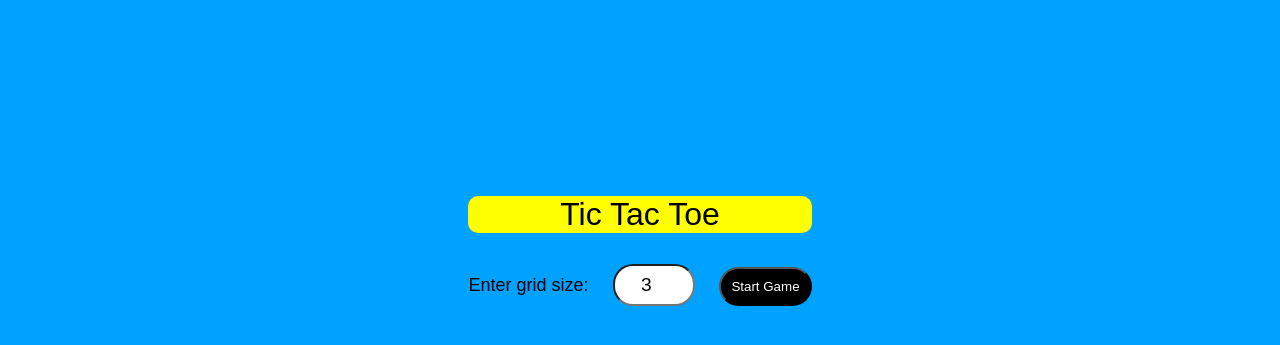
Repository: Shamraiz761/tik_tak_toe_game
Page: index.html
These files come from the project's save history. The page is drawn as it stood at one moment and after the next save; the edit follows.
The browser window is 1280 px wide. The pictures show the whole page.

Above is the page before, as saved 2024-01-09 12:02:28.

### index.html
<!DOCTYPE html>
<html>
  <head>
    <title>Tic Tac Toe</title>
    <link rel="stylesheet" type="text/css" href="styles.css" />
  </head>
  <body>
    <div>
      <h1 class="header">Tic Tac Toe</h1>
      <label class="inputLabel" for="sizeInput">Enter grid size:</label>
      <input type="number" id="sizeInput" min="3" max="10" value="3" />
      <button class="btn" onclick="startGame()">Start Game</button>
<div style="display: flex;justify-content: center;">
      <div id="board" style="margin-top: 20px; "></div>
      </div>


      <div id="status"  ></div>

    </div>
    <script src="tik_tak.js"></script>
  </body>
</html>

### styles.css
body{
    display: flex;
    justify-content: center;
    align-items: center;
    height: 70vh;
   font-family: Arial, Helvetica, sans-serif;
    background-color: rgb(0, 162, 255);
}
.header{
    text-align: center;
    background-color: yellow;
    border-radius: 10px;
    font-weight: 500;
}
.cell {
    width: 50px;
    height: 50px;
    border: 4px solid #000;
    display: inline-block;
    text-align: center;
    line-height: 50px;
    font-size: 20px;
    margin-left: 3px;
    margin-top: 3px;
  }

  .btn{
    background-color: black;
    color: white;
    padding: 10px;
    border-radius: 20px;
    margin-left: 20px;
  }

  .inputLabel{
    font-size: large;
    margin-right: 20px;
    font-weight: 500;
  }

  #status{
    font-size: large;
    margin-top: 20px;
    font-weight: 500;
    text-align: center;
  }

  #sizeInput{
    text-align: center;
    padding: 8px;
    margin-top: 10px;
    font-size: larger;
    border-radius: 20px;
  }

### tik_tak.js
let currentPlayer = 'X';
let boardSize = 3;
let board = [];

function startGame() {
  boardSize = parseInt(document.getElementById("sizeInput").value);
  createBoard();
}

function createBoard() {
  board = [];
  let html = '';
  for (let i = 0; i < boardSize; i++) {
    board.push(Array(boardSize).fill(''));
    for (let j = 0; j < boardSize; j++) {
      html += `<div class="cell" data-row="${i}" data-col="${j}" onclick="cellClick(${i}, ${j})"></div>`;
    }
    html += '<br>';
  }
  document.getElementById("board").innerHTML = html;
  document.getElementById("status").innerHTML = `Player ${currentPlayer}'s turn`;
}

function cellClick(row, col) {
  if (board[row][col] === '') {
    board[row][col] = currentPlayer;
    document.querySelector(`[data-row="${row}"][data-col="${col}"]`).innerText = currentPlayer;

    if (checkWin(row, col)) {
      document.getElementById("status").innerText = `Player ${currentPlayer} wins!`;
    } else if (checkDraw()) {
      document.getElementById("status").innerText = 'It\'s a draw!';
    } else {
      currentPlayer = currentPlayer === 'X' ? 'O' : 'X';
      document.getElementById("status").innerText = `Player ${currentPlayer}'s turn`;
    }
  }
}

function checkWin(row, col) {
  const symbols = ['X', 'O'];
  for (let s of symbols) {
    let win = true;

    for (let i = 0; i < boardSize; i++) {
      if (board[row][i] !== s) {
        win = false;
        break;
      }
    }
    if (win) return true;


    win = true;
    for (let i = 0; i < boardSize; i++) {
      if (board[i][col] !== s) {
        win = false;
        break;
      }
    }
    if (win) return true;


    win = true;
    for (let i = 0; i < boardSize; i++) {
      if (board[i][i] !== s) {
        win = false;
        break;
      }
    }
    if (win) return true;


    win = true;
    for (let i = 0; i < boardSize; i++) {
      if (board[i][boardSize - 1 - i] !== s) {
        win = false;
        break;
      }
    }
    if (win) return true;
  }
  return false;
}

function checkDraw() {
  for (let i = 0; i < boardSize; i++) {
    for (let j = 0; j < boardSize; j++) {
      if (board[i][j] === '') {
        return false;
      }
    }
  }
  return true;
}

After the next save:
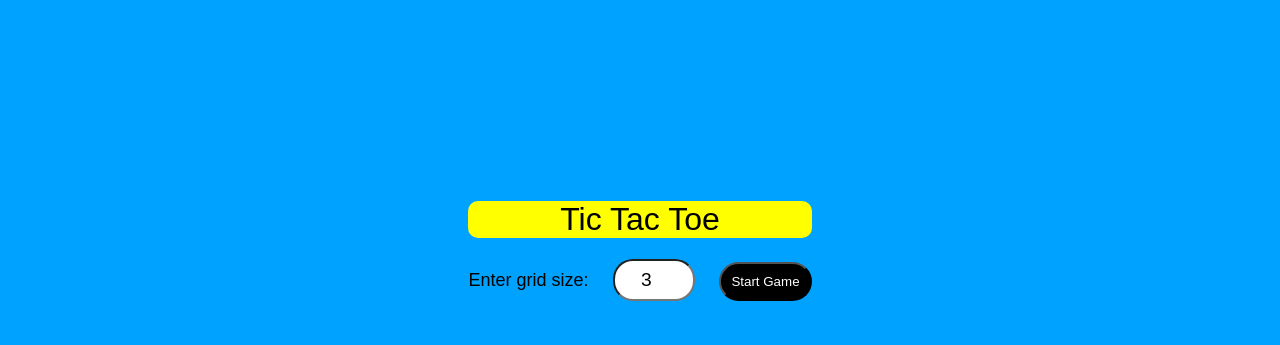
Saved 9 s later.
--- a/styles.css
+++ b/styles.css
@@ -48,7 +48,7 @@ body{
   #sizeInput{
     text-align: center;
     padding: 8px;
-    margin-top: 10px;
+
     font-size: larger;
     border-radius: 20px;
   }
